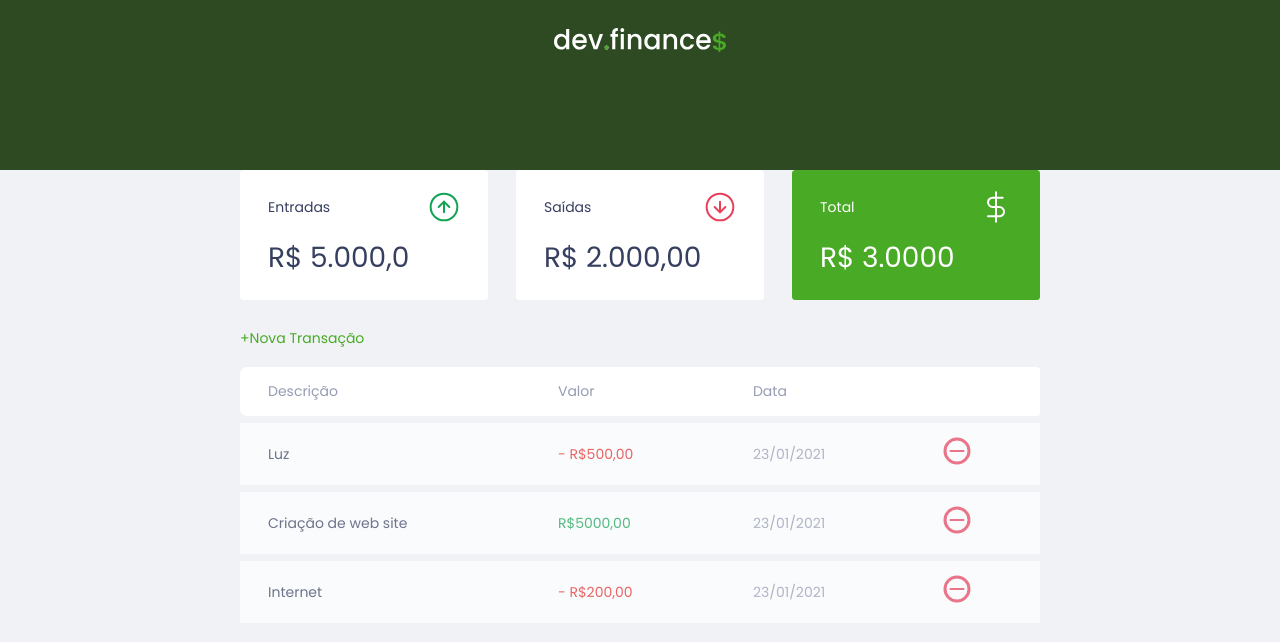
Repository: rafaelmgr12/maratona-dev01
Page: index.html
The author's editor kept a copy of each file at every save. The page is drawn from the files as they stood at one save, then again after the next save.
The browser window is 1280 px wide. The pictures show the whole page.

Above is the page before, as saved 2021-04-28 14:57:18.

After the next save:
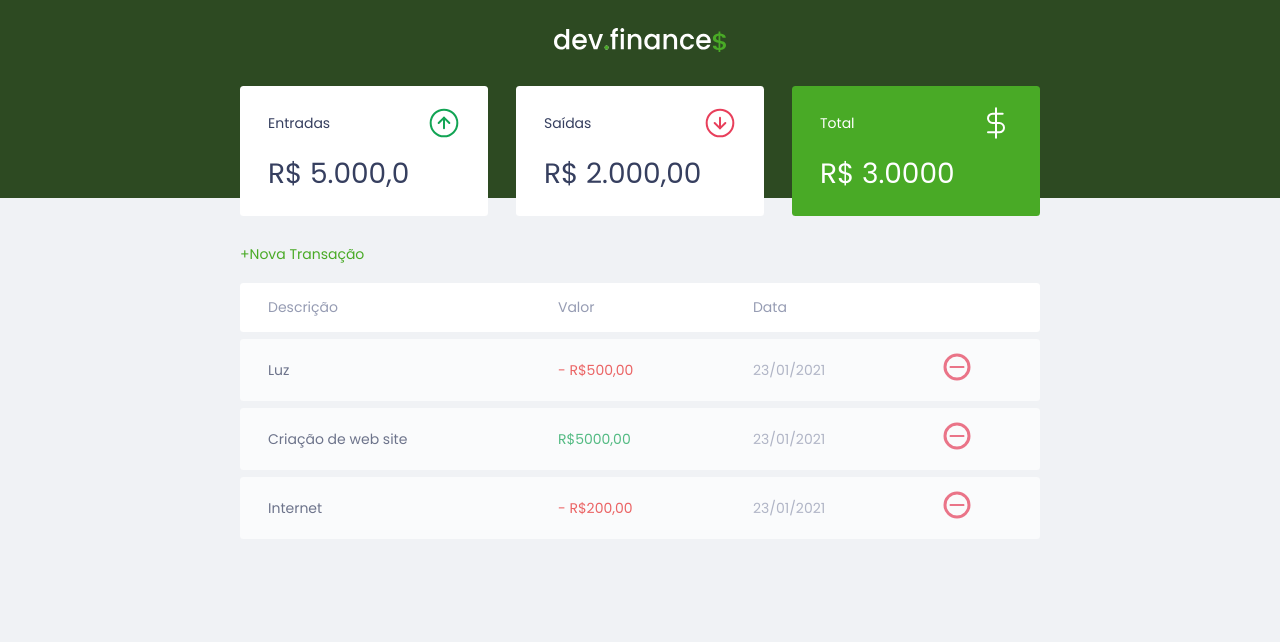
Saved 34 s later.
--- a/style.css
+++ b/style.css
@@ -1,10 +1,12 @@
-/* Global ======================================== */
+/* Global ===================== */
 :root {
   --dark-blue: #363f5f;
-  --green: #49aa26;
+  --green: #49AA26;
   --light-green: #3dd705;
   --red: #e92929;
-}
+
+}
+
 * {
   margin: 0;
   padding: 0;
@@ -17,9 +19,9 @@ html {
 
 body {
   background: #f0f2f5;
-  font-family: "Poppins", sans-serif;
-}
-/*Tricks para sumir elementos da tela, mantendo a funcionalidade de um screenreader*/
+  font-family:'Poppins', sans-serif
+}
+
 .sr-only {
   position: absolute;
   width: 1px;
@@ -31,11 +33,13 @@ body {
   white-space: nowrap;
   border-width: 0;
 }
+
 .container {
   width: min(90vw, 800px);
   margin: auto;
 }
-/* Titles ======================================== */
+
+/* Titles ===================== */
 h2 {
   margin-top: 3.2rem;
   margin-bottom: 0.8rem;
@@ -43,7 +47,8 @@ h2 {
 
   font-weight: normal;
 }
-/* Links and Buttons ======================================== */
+
+/* Links & Buttons ===================== */
 a {
   color: var(--green);
   text-decoration: none;
@@ -52,11 +57,14 @@ a {
 a:hover {
   color: var(--light-green);
 }
+
 button {
   width: 100%;
   height: 50px;
 
   border: none;
+
+  color: white;
   background: var(--green);
 
   padding: 0;
@@ -69,15 +77,17 @@ button {
 button:hover {
   background: var(--light-green);
 }
+
 .button.new {
   display: inline-block;
-  margin-bottom: 0.8rem;
+  margin-bottom: .8rem;
 }
 
 .button.cancel {
   color: var(--red);
   border: 2px var(--red) solid;
-  border-radius: 0.25;
+  border-radius: 0.25rem;
+
   height: 50px;
 
   display: flex;
@@ -86,19 +96,16 @@ button:hover {
 
   opacity: 0.6;
 }
+
 .button.cancel:hover {
   opacity: 1;
 }
 
-/* Header ======================================== */
+/* Header ===================== */
 header {
-  background: #2d4a22;
-  padding: 2rem 0 8rem;
+  background: #2D4A22;
+  padding: 2rem 0 10rem;
   text-align: center;
-}
-.button.cancel {
-  color: var(--red);
-  border: 2px;
 }
 
 #logo {
@@ -106,18 +113,17 @@ header {
   font-weight: 100;
 }
 
-/* Balance ======================================== */
-balance {
+/* Balance ===================== */
+#balance {
   margin-top: -8rem;
 }
 
-balance h2 {
-  color: white;
-  margin-top: 0;
-}
-
-/* Cards ======================================== */
-
+#balance h2 {
+  color:white;
+  margin-top:0;
+}
+
+/* Cards ===================== */
 .card {
   background: white;
   padding: 1.5rem 2rem;
@@ -131,6 +137,7 @@ balance h2 {
 .card h3 {
   font-weight: normal;
   font-size: 1rem;
+
   display: flex;
   align-items: center;
   justify-content: space-between;
@@ -147,25 +154,27 @@ balance h2 {
   background: var(--green);
   color: white;
 }
-/* Table  ======================================== */
+
+/* Table ===================== */
 #transaction {
   display: block;
   width: 100%;
-  overflow-x: auto; /*Para lidar com transbordamento do container*/
+  overflow-x: auto;
 }
 #data-table {
   width: 100%;
   border-spacing: 0 0.5rem;
   color: #969cb3;
-
-}
+}
+
 table thead tr th:first-child,
-table thead tr td:first-child {
-  border-radius: 0.5rem 0 0 0.5rem;
+table tbody tr td:first-child
+{
+  border-radius: 0.25rem 0 0 0.25rem;
 }
 
 table thead tr th:last-child,
-table thead tr td:last-child {
+table tbody tr td:last-child{
   border-radius: 0 0.25rem 0.25rem 0;
 }
 
@@ -174,16 +183,20 @@ table thead th {
 
   font-weight: normal;
   padding: 1rem 2rem;
+
   text-align: left;
 }
+
 table tbody tr {
-  opacity: 0.7;
-}
-table tr:hover {
-  opacity: 1;
-}
+  opacity: 0.7
+}
+
+table tbody tr:hover {
+  opacity: 1
+}
+
 table tbody td {
-  background: white;
+  background:white;
   padding: 1rem 2rem;
 }
 
@@ -194,19 +207,22 @@ td.description {
 td.income {
   color: #12a454;
 }
+
 td.expense {
-  color: var(--red);
-}
-/* Modal ======================================== */
+  color: #e92929;
+}
+
+/* Modal ===================== */
 .modal-overlay {
   width: 100%;
   height: 100%;
 
-  background-color: rgb(0, 0, 0, 0.7);
+  background-color: rgba(0,0,0,0.7);
+
   position: fixed;
   top: 0;
 
-  display: flex;
+  display:flex;
   align-items: center;
   justify-content: center;
 
@@ -215,22 +231,26 @@ td.expense {
 
   z-index: 999;
 }
+
 .modal-overlay.active {
   opacity: 1;
   visibility: visible;
 }
+
 .modal {
-  background: #f0f2f5;
+  background: #F0F2f5;
   padding: 2.4rem;
 
   position: relative;
   z-index: 1;
 }
-/* Form ======================================== */
-
+
+
+/* Form ===================== */
 #form {
   max-width: 500px;
 }
+
 #form h2 {
   margin-top: 0;
 }
@@ -238,16 +258,20 @@ td.expense {
 input {
   border: none;
   border-radius: 0.2rem;
+
   padding: 0.8rem;
 
   width: 100%;
 }
+
 .input-group {
   margin-top: 0.8rem;
 }
-.input-group small {
+
+.input-group small{
   opacity: 0.4;
 }
+
 .input-group.actions {
   display: flex;
   justify-content: space-between;
@@ -259,7 +283,8 @@ input {
   width: 48%;
 }
 
-/* footer ======================================== */
+
+/* Footer ===================== */
 footer {
   text-align: center;
   padding: 4rem 0 2rem;
@@ -267,15 +292,17 @@ footer {
 
   opacity: 0.6;
 }
-/* Responsive ======================================== */
-
+
+
+/* Responsive ===================== */
 @media (min-width: 800px) {
   html {
-    font-size: 87.5%;
+      font-size: 87.5%;
   }
+
   #balance {
-    display: grid;
-    grid-template-columns: repeat(3, 1fr);
-    gap: 2rem;
+      display: grid;
+      grid-template-columns: repeat(3, 1fr);
+      gap: 2rem;
   }
 }
